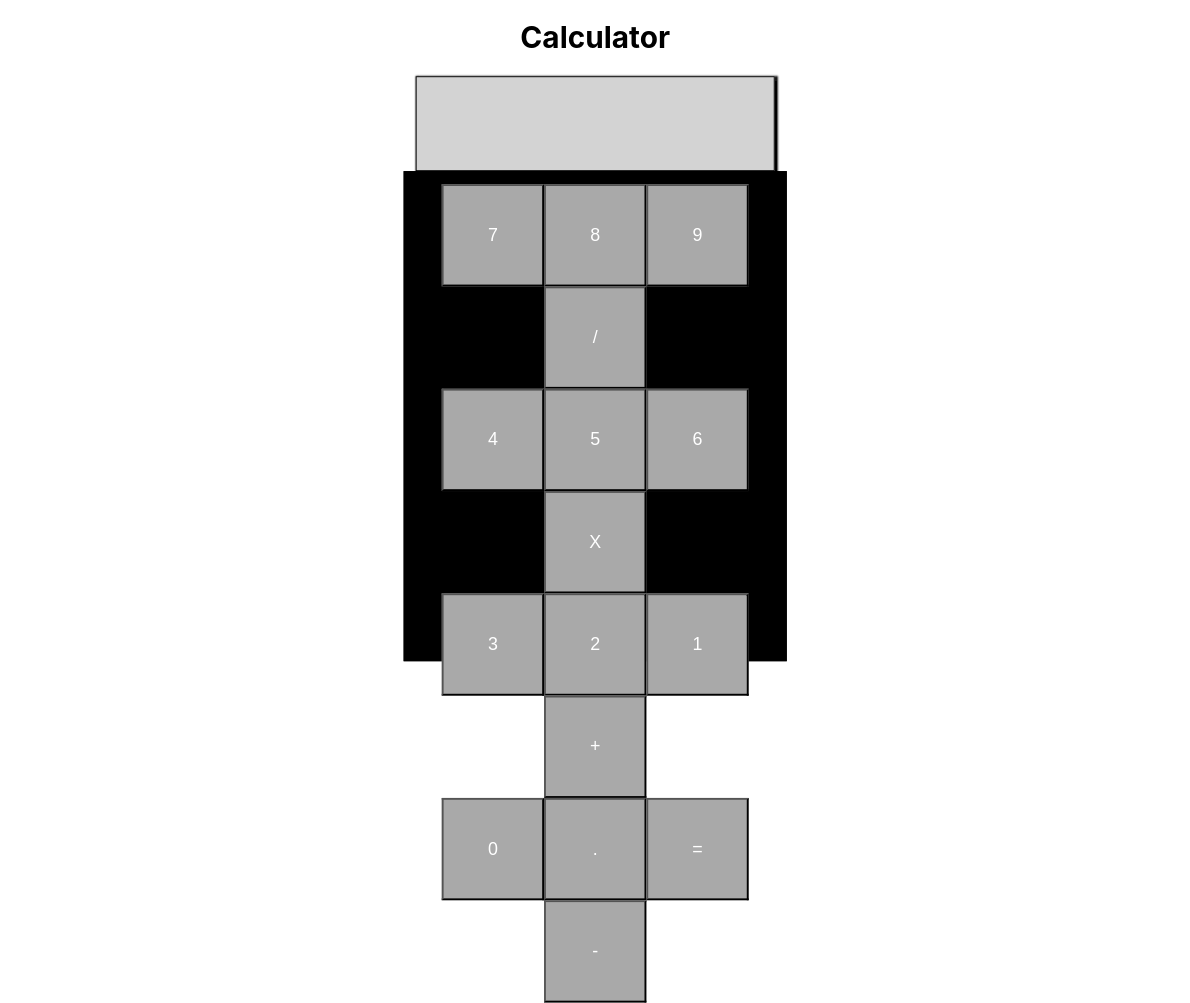
Repository: punitbathija/Placement-Assitance-iNeuron
Page: / (app in React/calculator/)
These files come from the project's save history. The page is drawn as it stood at one moment and after a run of saves; the edit follows.
The browser window is 1280 px wide. The pictures show the whole page, at 93% of full size.
The project was rebuilt for these pictures with package versions that can differ from the ones it lists, and the page was loaded fresh each time.

Above is the page before, as saved 2023-06-05 16:11:16.

### React/calculator/src/index.css
body {
  margin: 0;
  font-family: -apple-system, BlinkMacSystemFont, 'Segoe UI', 'Roboto', 'Oxygen',
    'Ubuntu', 'Cantarell', 'Fira Sans', 'Droid Sans', 'Helvetica Neue',
    sans-serif;
  -webkit-font-smoothing: antialiased;
  -moz-osx-font-smoothing: grayscale;
}

code {
  font-family: source-code-pro, Menlo, Monaco, Consolas, 'Courier New',
    monospace;
}

.screen{
  height: 100px;
  width: 30%;
  border:  1px solid black;
  margin: auto;
  background-color: lightgray;
  box-shadow: 2px 2px 2px 2px;
}


.numpad{
  height: 500px;
  border: 1px solid black;
  width: 30%;
  margin: auto;
  background-color: black;
  padding: 1%;
}

.btn{
  height: 110px;
  width: 110px;
  background-color: darkgray;
  color: white;
  font-size: larger
}

### React/calculator/src/App.js
import "./App.css";
import Calculator from "./Calculator";

function App() {
  return (
    <div className="App">
      <h1>Calculator</h1>
      <Calculator />
    </div>
  );
}

export default App;

### React/calculator/src/Calculator.jsx
import React from "react";
import "./index.css";

const Calculator = () => {
  return (
    <div>
      <div className="screen"></div>
      <div className="numpad">
        <div className="firstRow">
          <button className="btn">7</button>
          <button className="btn">8</button>
          <button className="btn">9</button>
          <button className="btn">/</button>
        </div>
        <div className="secondRow">
          <button className="btn">4</button>
          <button className="btn">5</button>
          <button className="btn">6</button>
          <button className="btn">X</button>
        </div>
        <div className="thirdRow">
          <button className="btn">3</button>
          <button className="btn">2</button>
          <button className="btn">1</button>
          <button className="btn">+</button>
        </div>
        <div className="fourthRow">
          <button className="btn">0</button>
          <button className="btn">.</button>
          <button className="btn">=</button>
          <button className="btn">-</button>
        </div>
      </div>
    </div>
  );
};

export default Calculator;

Loaded but not shown: React/calculator/public/index.html (common file); React/calculator/src/index.js (common file); React/calculator/src/App.css (common file)

After the next 2 saves:
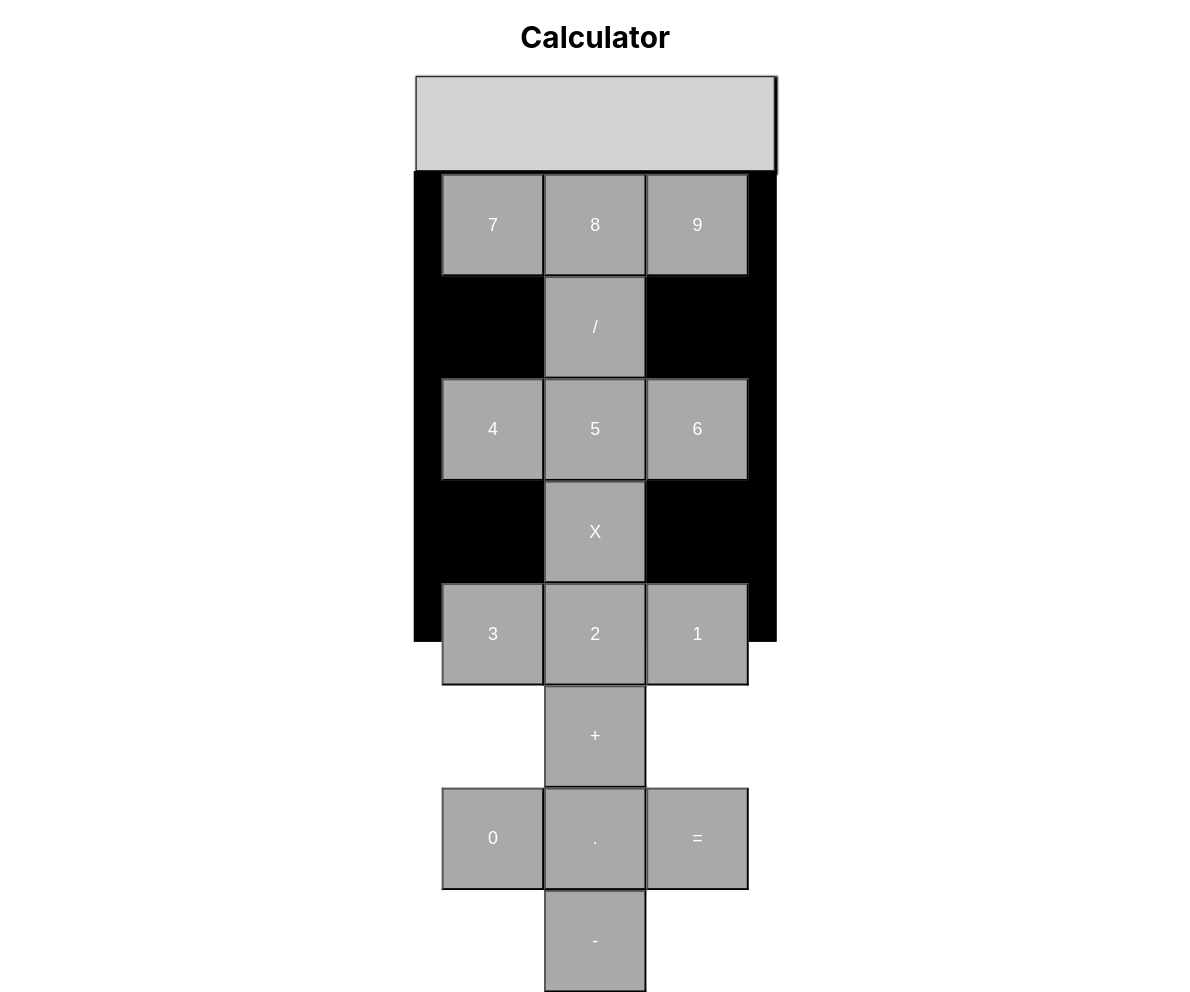
The 2 saves are shown as one change because they came seconds apart.
The last was saved 8 s later.
--- a/React/calculator/src/index.css
+++ b/React/calculator/src/index.css
@@ -28,7 +28,7 @@ code {
   width: 30%;
   margin: auto;
   background-color: black;
-  padding: 1%;
+  padding: 2px;
 }
 
 .btn{
